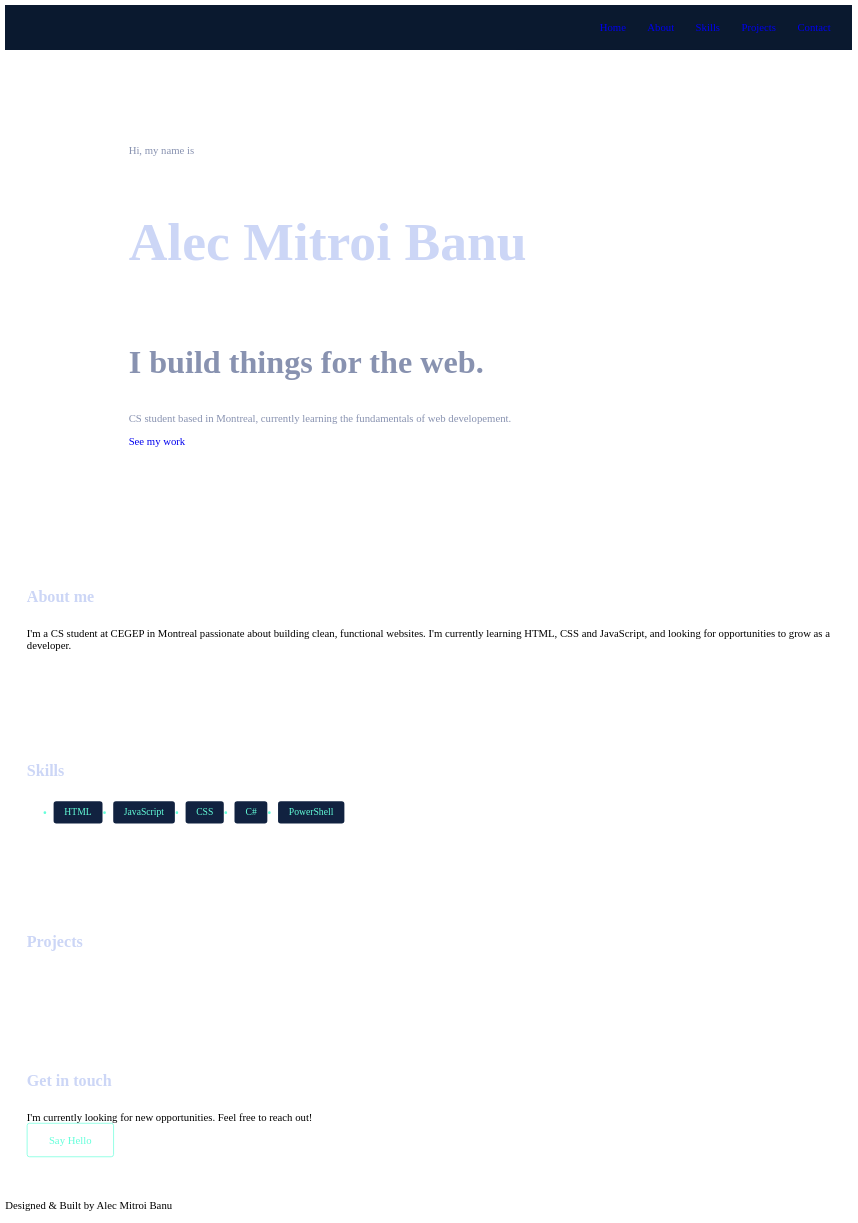
Repository: Alec-Banu/Alec-Banu
Page: index.html
The author's editor kept a copy of each file at every save. The page is drawn from the files as they stood at one save, then again after the next save.
The browser window is 1280 px wide. The pictures show the whole page, at 67% of full size.

Above is the page before, as saved 2026-05-04 12:42:58.

### index.html
<!doctype html>
<html lang="en">
  <head>
    <meta charset="UTF-8" />
    <meta name="viewport" content="width=device-width, initial-scale=1.0" />
    <title>Alec Mitroi Banu</title>
    <link rel="stylesheet" href="./styles/globals.css" />
    <link rel="stylesheet" href="./styles/index.css" />
  </head>
  <body>
    <!-- Nav  -->
    <header>
      <nav>
        <a href="#hero">Home</a>
        <a href="#about">About</a>
        <a href="#skills">Skills</a>
        <a href="#projects">Projects</a>
        <a href="#contact">Contact</a>
      </nav>
    </header>

    <!-- Hero  -->

    <main>
      <section id="hero">
        <p>Hi, my name is</p>
        <h1>Alec Mitroi Banu</h1>
        <h2>I build things for the web.</h2>
        <p>
          CS student based in Montreal, currently learning the fundamentals of
          web developement.
        </p>
        <a href="#projects">See my work</a>
      </section>

      <!-- About  -->
      <section id="about">
        <h2>About me</h2>
        <p>
          I'm a CS student at CEGEP in Montreal passionate about building clean,
          functional websites. I'm currently learning HTML, CSS and JavaScript,
          and looking for opportunities to grow as a developer.
        </p>
      </section>

      <!-- Skills  -->
      <section id="skills">
        <h2>Skills</h2>
        <ul>
          <li>HTML</li>
          <li>JavaScript</li>
          <li>CSS</li>
          <li>C#</li>
          <li>PowerShell</li>
        </ul>
      </section>

      <!-- Projects -->
      <section id="projects">
        <h2>Projects</h2>
      </section>

      <!-- Contact -->
      <section id="contact">
        <h2>Get in touch</h2>
        <p>
          I'm currently looking for new opportunities. Feel free to reach out!
        </p>
        <a href="mailto:alecbanu@yahoo.com">Say Hello</a>
      </section>
    </main>
    <footer>
      <p>Designed & Built by Alec Mitroi Banu</p>
    </footer>
  </body>
</html>

### styles/index.css
a{
    text-decoration: none;
}

nav {
  display: flex;
  gap: 2rem;
  padding: 1.5rem 2rem;
  justify-content: flex-end;
  position: sticky;
  top: 0;
  background-color: #0a192f;
}

#hero {
  min-height: 100vh;
  display: flex;
  flex-direction: column;
  justify-content: center;
  padding: 0 2rem;
  max-width: 56rem;
  margin: 0 auto;

  h1 {
    font-size: 2rem;
    color: #ccd6f6;
  }
  h2 {
    font-size: 1.5rem;
    color: #8892b0;
  }
  p {
    color: #8892b0;
    margin: 1rem 0;
  }
}

section {
  padding: 4rem 2rem;

  h2 {
    font-size: 1.5rem;
    margin-bottom: 2rem;
    color: #ccd6f6;
  }
}

#skills {
  ul {
    display: flex;
    flex-wrap: wrap;
    gap: 1rem;
  }
  li {
    background-color: #112240;
    color: #64ffda;
    padding: 0.5rem 1rem;
    border-radius: 0.25rem;
    font-size: 0.9rem;
  }
}

#projects {
}

#contact {
  a {
    border: 0.1rem solid #64ffda;
    color: #64ffda;
    padding: 1rem 2rem;
    border-radius: 0.25rem;
  }
  a:hover {
    background-color: #64ffda1a;
    text-decoration: none;
  }
}

/* Tablet */

@media (min-width: 768px) {
  #hero h1 {
    font-size: 3.5rem;
  }
  #hero h2 {
    font-size: 2.5rem;
  }
}

/* Desktop */

@media (min-width: 1024px) {
  #hero h1 {
    font-size: 5rem;
  }
  #hero h2 {
    font-size: 3rem;
  }
}

Loaded but not shown: styles/globals.css (no stored copy; drawn as an empty file)

After the next save:
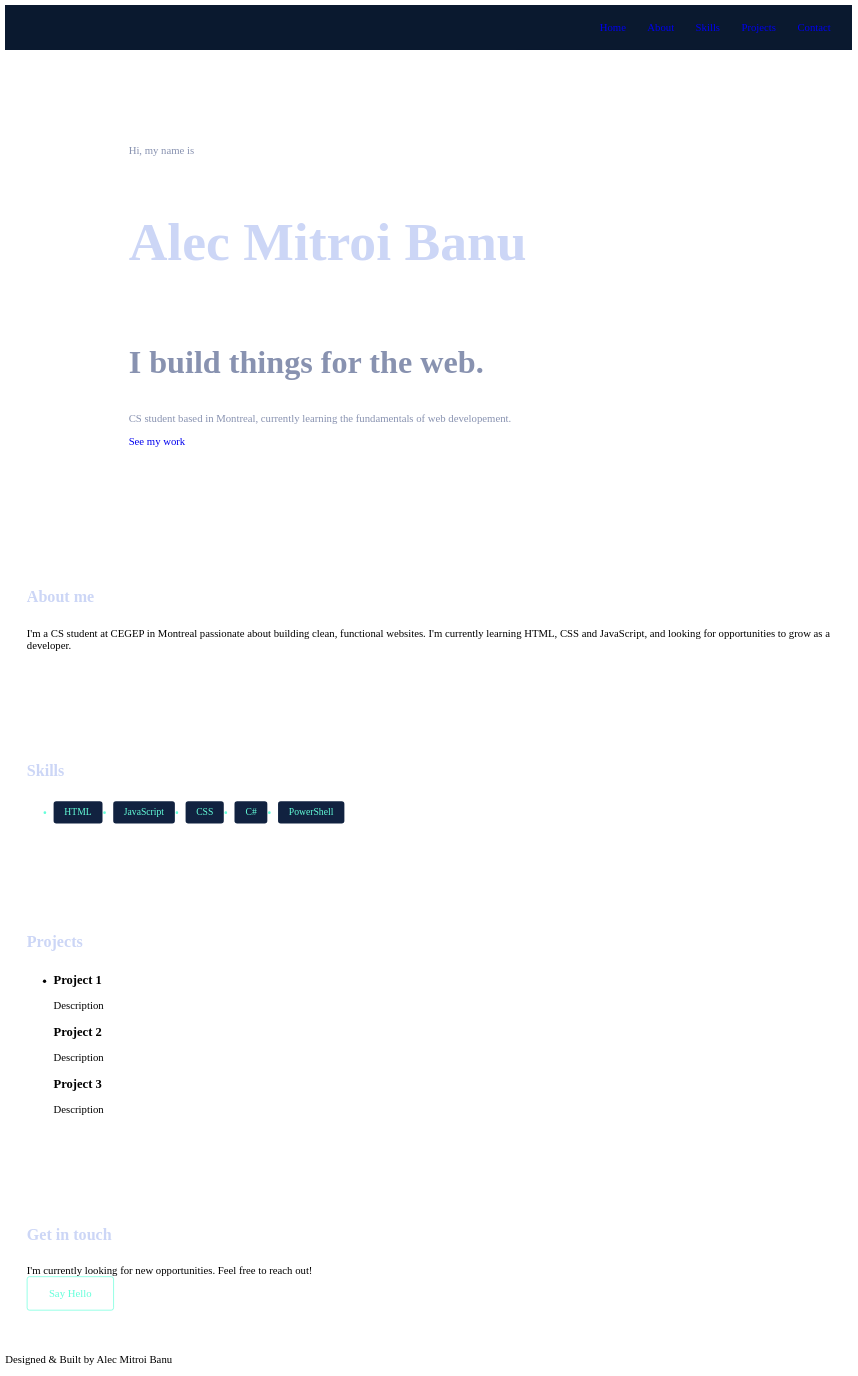
Saved 8 min 42 s later.
--- a/index.html
+++ b/index.html
@@ -58,6 +58,18 @@
       <!-- Projects -->
       <section id="projects">
         <h2>Projects</h2>
+        <ul class="cards">
+          <li>
+            <article class="project-card">
+              <h3>Project 1</h3>
+              <p>Description</p>
+              <h3>Project 2</h3>
+              <p>Description</p>
+              <h3>Project 3</h3>
+              <p>Description</p>
+            </article>
+          </li>
+        </ul>
       </section>
 
       <!-- Contact -->
